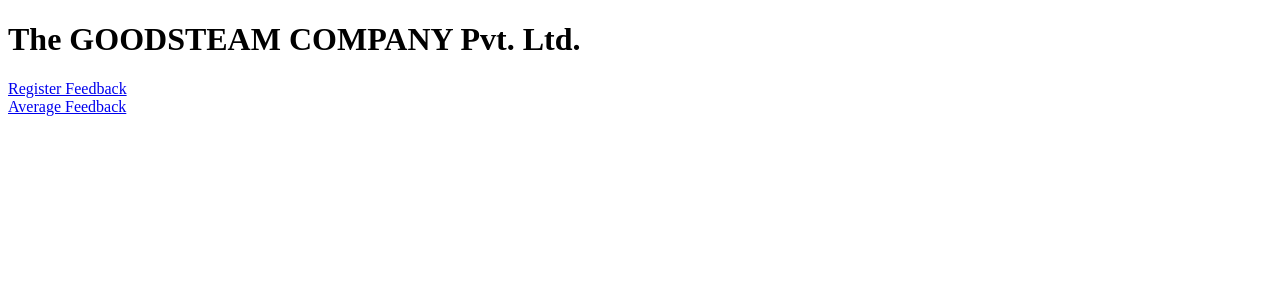
Repository: isaurabhkr/Spring-JavaCourse-101
Page: Spring/WP/GoodsteamProject/WebContent/Welcome.html
These files come from the project's save history. The page is drawn as it stood at one moment and after the next save; the edit follows.
The browser window is 1280 px wide. The pictures show the whole page.

Above is the page before, as saved 2019-08-06 06:20:49.

### Spring/WP/GoodsteamProject/WebContent/Welcome.html
<!DOCTYPE html>
<html>
<head>
<meta charset="ISO-8859-1">
<title>Welcome to the home page</title>
</head>
<body>
<h1> The GOODSTEAM COMPANY Pvt. Ltd.</h1>
<a href="registerfeedback">Register Feedback</a>
<br>
<a href="averagefeedback">Average Feedback</a>

</body>
</html>

After the next save:
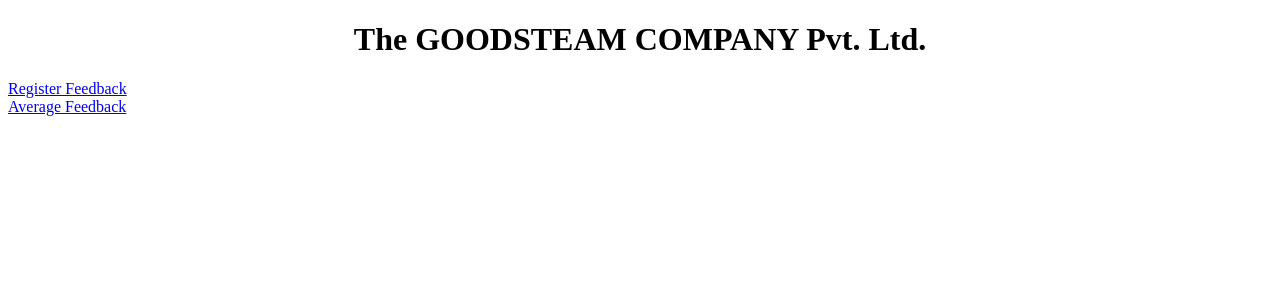
Saved 30 s later.
--- a/Spring/WP/GoodsteamProject/WebContent/Welcome.html
+++ b/Spring/WP/GoodsteamProject/WebContent/Welcome.html
@@ -5,7 +5,7 @@
 <title>Welcome to the home page</title>
 </head>
 <body>
-<h1> The GOODSTEAM COMPANY Pvt. Ltd.</h1>
+<h1 align="center"> The GOODSTEAM COMPANY Pvt. Ltd.</h1>
 <a href="registerfeedback">Register Feedback</a>
 <br>
 <a href="averagefeedback">Average Feedback</a>
